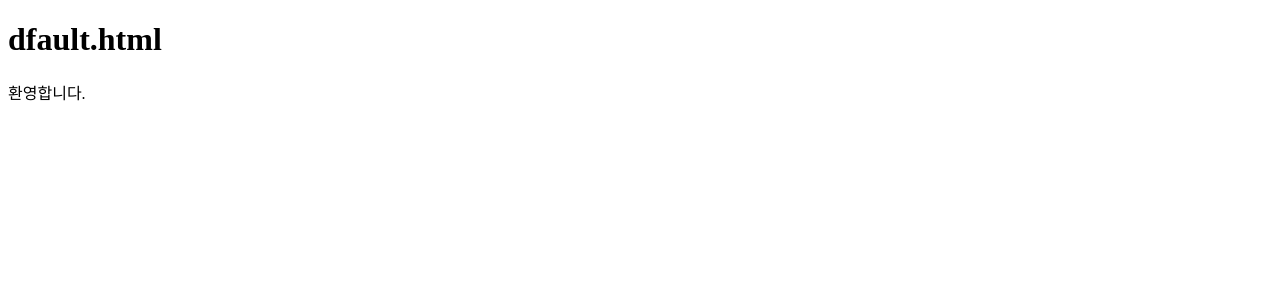
Repository: leekwanghyup/javaWebDevWork
Page: web03/webContent/index.html
An editor plug-in stored every save of this project. The page is shown before and after the next save, followed by the edit.
The browser window is 1280 px wide. The pictures show the whole page.

Above is the page before, as saved 2022-12-18 11:13:17.

After the next save:
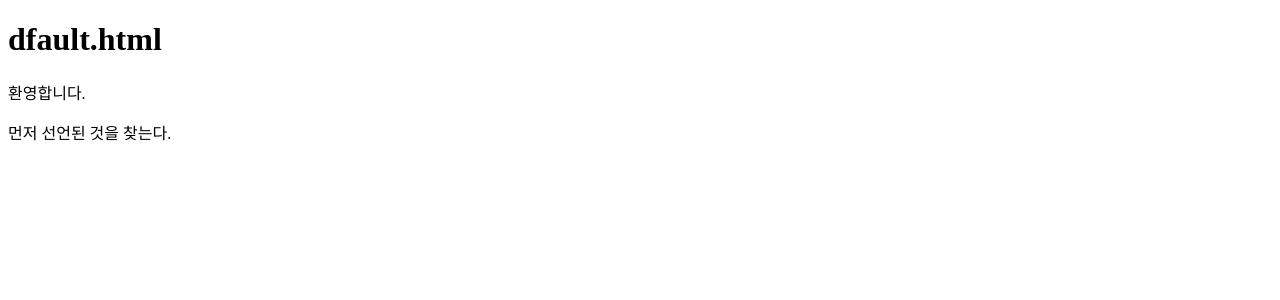
Saved 11 s later.
--- a/web03/webContent/index.html
+++ b/web03/webContent/index.html
@@ -7,5 +7,6 @@
 <body>
 <h1>dfault.html</h1>
 <p>환영합니다.</p>
+<p>먼저 선언된 것을 찾는다.</p>
 </body>
 </html>
